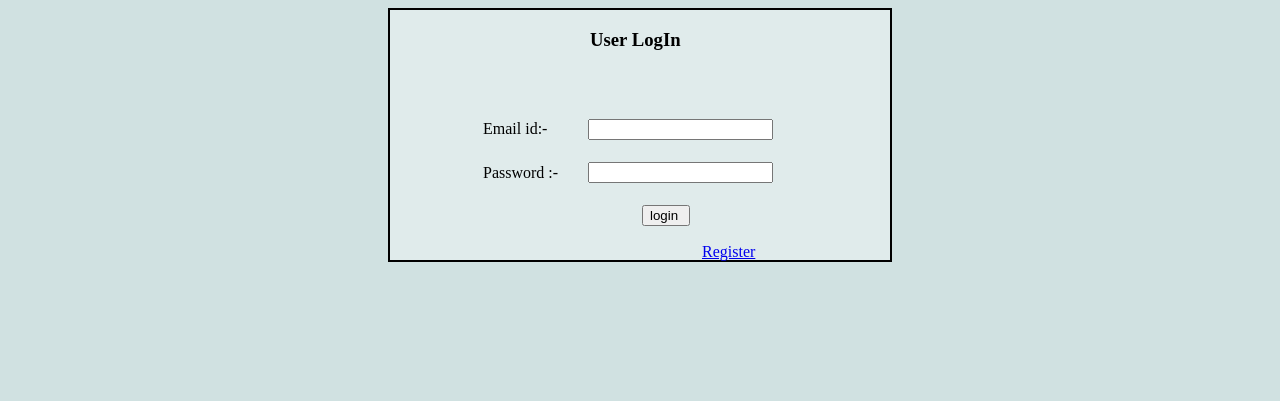
Repository: ShivrajMPujari/ServletApplication
Page: http://localhost/LoginRegistration/
An editor plug-in stored every save of this project. The page is shown before and after the next save, followed by the edit.
The browser window is 1280 px wide. The pictures show the whole page.
The page is served by Tomcat 9.

Above is the page before, as saved 2018-07-12 05:45:51.

After the next save:
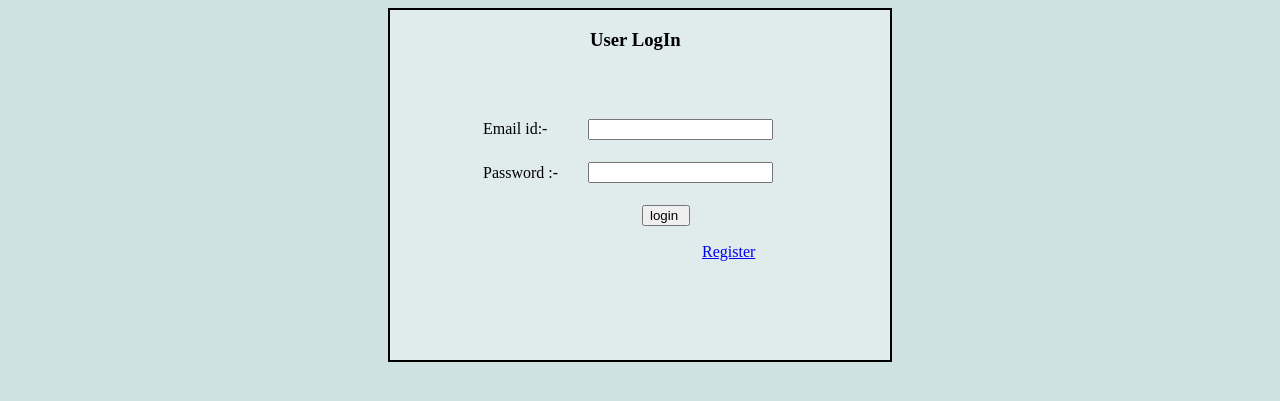
Saved 2 min 10 s later.
--- a/LoginRegistration/src/main/webapp/index.css
+++ b/LoginRegistration/src/main/webapp/index.css
@@ -1,3 +1,4 @@
+
 
 
 body{
@@ -6,17 +7,17 @@ background-color: #d0e1e1;
 
 }
 
+.heading{
+
+	padding-left: 200px;
+}
+
 .tableDiv{
-	height:250px;
+	height:350px;
 	width:500px;
 	margin:auto;
 	border:2px solid black;
-	background-color: #e0ebeb;
-}
-
-.heading{
-
-	padding-left: 200px;
+		background-color: #e0ebeb;
 }
 .loginTabel{
 
